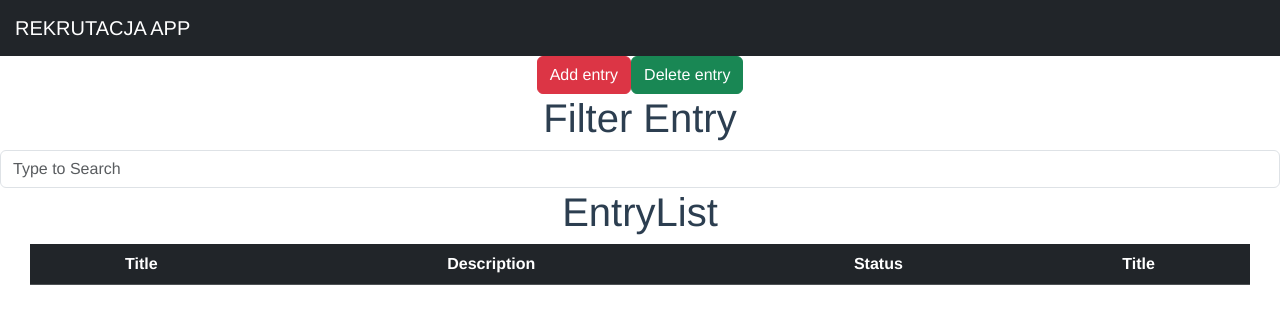
Repository: Madaless/vue_elastic
Page: / (app in vuejsapp/crudapp/)
An editor plug-in stored every save of this project. The page is shown before and after the next save, followed by the edit.
The browser window is 1280 px wide. The pictures show the whole page.
The page's requests for data from a server got no answer. The project was rebuilt for these pictures with package versions that can differ from the ones it lists, and the page was loaded fresh each time. No one was signed in, and anything a server would have sent is missing.

Above is the page before, as saved 2021-09-12 13:07:46.

After the next save:
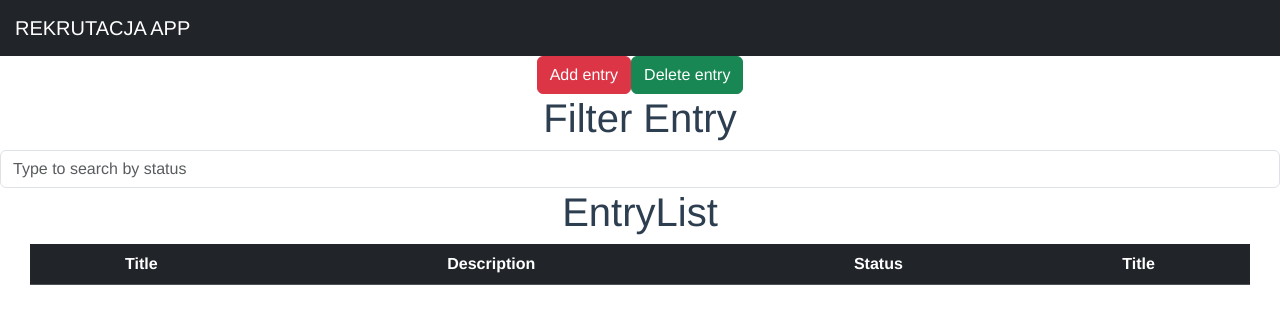
Saved 18 min 52 s later.
--- a/vuejsapp/crudapp/src/components/FilterEntry.vue
+++ b/vuejsapp/crudapp/src/components/FilterEntry.vue
@@ -5,7 +5,7 @@
       id="filter-input"
       v-model="filter"
       type="search"
-      placeholder="Type to Search"
+      placeholder="Type to search by status"
     ></b-form-input>
   </div>
 </template>
